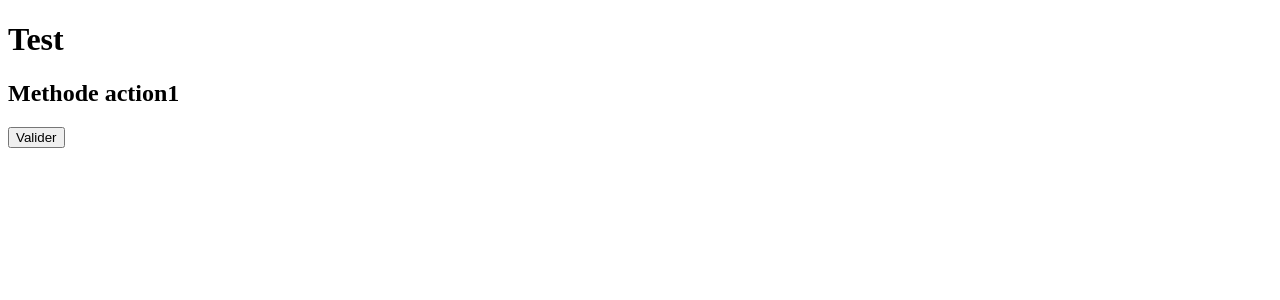
Repository: SenhajiMahmoud/SalimProject
Page: SalimProj/pizzSal/src/main/webapp/test.html
An editor plug-in stored every save of this project. The page is shown before and after a run of saves, followed by the edit.
The browser window is 1280 px wide. The pictures show the whole page.

Above is the page before, as saved 2016-02-07 00:59:51.

### SalimProj/pizzSal/src/main/webapp/test.html
<!DOCTYPE html>
<html>
<head>
<meta charset="ISO-8859-1">
<title>Insert title here</title>
</head>
<body>
	<h1>Test</h1>

	<form action="/a01.do">
		<h2>Methode action1</h2>

		<input type="submit" value="Valider">
	</form>
</body>
</html>

After the next 2 saves:
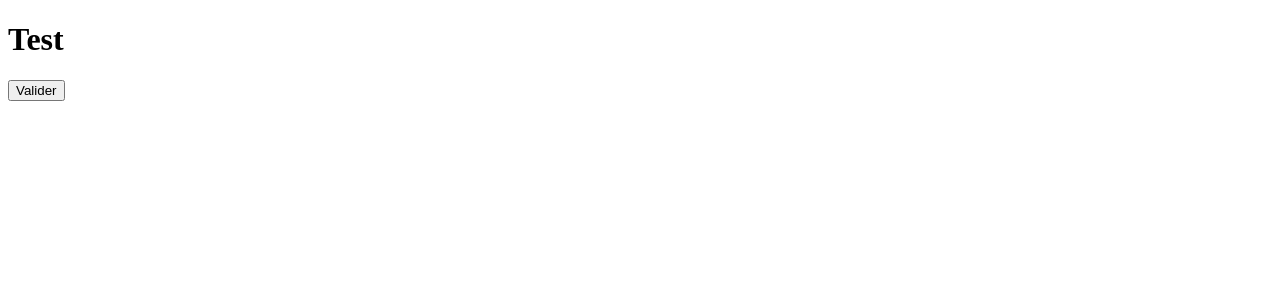
The 2 saves are shown as one change because they came seconds apart.
The last was saved 41 s later.
--- a/SalimProj/pizzSal/src/main/webapp/test.html
+++ b/SalimProj/pizzSal/src/main/webapp/test.html
@@ -8,7 +8,7 @@
 	<h1>Test</h1>
 
 	<form action="/a01.do">
-		<h2>Methode action1</h2>
+
 
 		<input type="submit" value="Valider">
 	</form>
